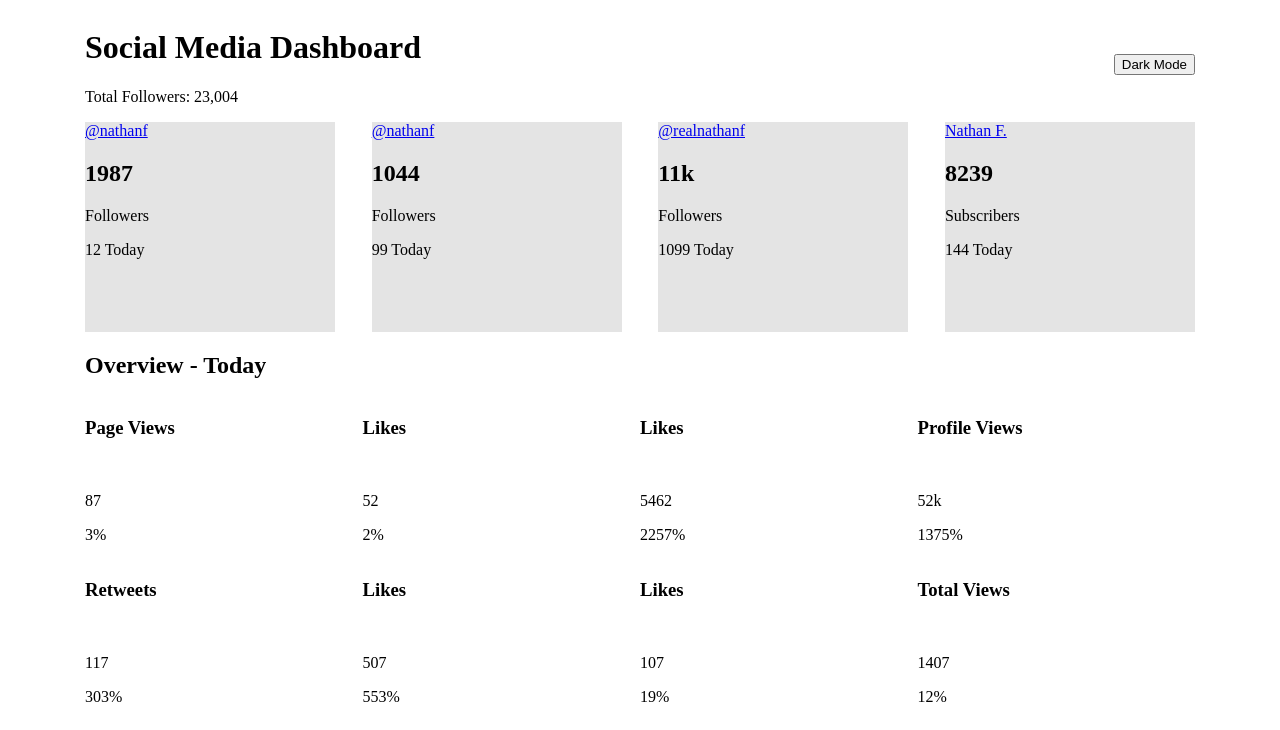
Repository: mamulini/social-media-dashboard-with-theme-switcher-master
Page: index.html
An editor plug-in stored every save of this project. The page is shown before and after the next save, followed by the edit.
The browser window is 1280 px wide. The pictures show the whole page.

Above is the page before, as saved 2020-04-06 12:43:29.

### index.html
<!DOCTYPE html>
<html lang="en">

<head>
  <meta charset="UTF-8">
  <meta name="viewport" content="width=device-width, initial-scale=1.0">
  <link rel="icon" type="image/png" sizes="32x32" href="./images/favicon-32x32.png">
  <link rel="stylesheet" href="./css/style.css">
  <title>Frontend Mentor | [Challenge Name Here]</title>
</head>

<body>
  <main class="dashboard container">
    <header class="header">
      <div class="title">
        <h1 class="title__name">Social Media Dashboard</h1>
        <p class="title__total">Total Followers: 23,004</p>
      </div>
      <button class="theme" type="button">Dark Mode</button>
    </header>
    <div class="followers_block">
      <div class="folowers">
        <a class="followers__link" href="#">@nathanf</a>
        <h2 class="followers__sum">1987</h2>
        <p class="followers__title">Followers</p>
        <p class="followers__today">12 Today</p>
      </div>
      <div class="folowers">
        <a class="followers__link" href="#">@nathanf
        </a>
        <h2 class="followers__sum">1044</h2>
        <p class="followers__title">Followers</p>
        <p class="followers__today">99 Today</p>
      </div>
      <div class="folowers">
        <a class="followers__link" href="#">@realnathanf


        </a>
        <h2 class="followers__sum">11k</h2>
        <p class="followers__title">Followers</p>
        <p class="followers__today">1099 Today</p>
      </div>
      <div class="folowers">
        <a class="followers__link" href="#">Nathan F.
        </a>
        <h2 class="followers__sum">8239</h2>
        <p class="followers__title">Subscribers</p>
        <p class="followers__today">144 Today</p>
      </div>

    </div>
    <div class="overview">
      <h2 class="overview__title">Overview - Today</h2>
    </div>
    <div class="likes_counter">
      <div class="likes">
        <h3 class="likes__title">Page Views</h3>
        <img src="" alt="" class="like__icon">
        <p class="likes__num">87</p>
        <p class="likes__procent">3%</p>
      </div>
      <div class="likes">
        <h3 class="likes__title">Likes</h3>
        <img src="" alt="" class="like__icon">
        <p class="likes__num">52</p>
        <p class="likes__procent">2%</p>
      </div>
      <div class="likes">
        <h3 class="likes__title">Likes</h3>
        <img src="" alt="" class="like__icon">
        <p class="likes__num">5462</p>
        <p class="likes__procent">2257%</p>
      </div>
      <div class="likes">
        <h3 class="likes__title">Profile Views</h3>
        <img src="" alt="" class="like__icon">
        <p class="likes__num">52k</p>
        <p class="likes__procent">1375%</p>
      </div>
      <div class="likes">
        <h3 class="likes__title">Retweets</h3>
        <img src="" alt="" class="like__icon">
        <p class="likes__num">117</p>
        <p class="likes__procent">303%</p>
      </div>
      <div class="likes">
        <h3 class="likes__title">Likes</h3>
        <img src="" alt="" class="like__icon">
        <p class="likes__num">507</p>
        <p class="likes__procent">553%</p>
      </div>
      <div class="likes">
        <h3 class="likes__title">Likes</h3>
        <img src="" alt="" class="like__icon">
        <p class="likes__num">107</p>
        <p class="likes__procent">19%</p>
      </div>
      <div class="likes">
        <h3 class="likes__title">Total Views</h3>
        <img src="" alt="" class="like__icon">
        <p class="likes__num">1407</p>
        <p class="likes__procent">12%</p>
      </div>
    </div>
  </main>
  <!-- <div class="attribution">
    Challenge by <a href="https://www.frontendmentor.io?ref=challenge" target="_blank">Frontend Mentor</a>.
    Coded by <a href="#">Your Name Here</a>.
  </div> -->
</body>

</html>

### css/style.css
.container{
    max-width: 1110px;
    margin: 0 auto;

}

.header{
    display: flex;
    justify-content: space-between;
    align-items: center;
}

.followers_block{
    display: flex;
    justify-content: space-between;
}

.folowers{
    width: 250px;
    height: 210px;
    background: #e4e4e4;
}

.likes_counter{
    display: flex;
    justify-content: space-between;
    flex-wrap: wrap;
}

.likes{
    flex: 0 0 25%
}






.attribution { font-size: 11px; text-align: center; }
.attribution a { color: hsl(228, 45%, 44%); }

After the next save:
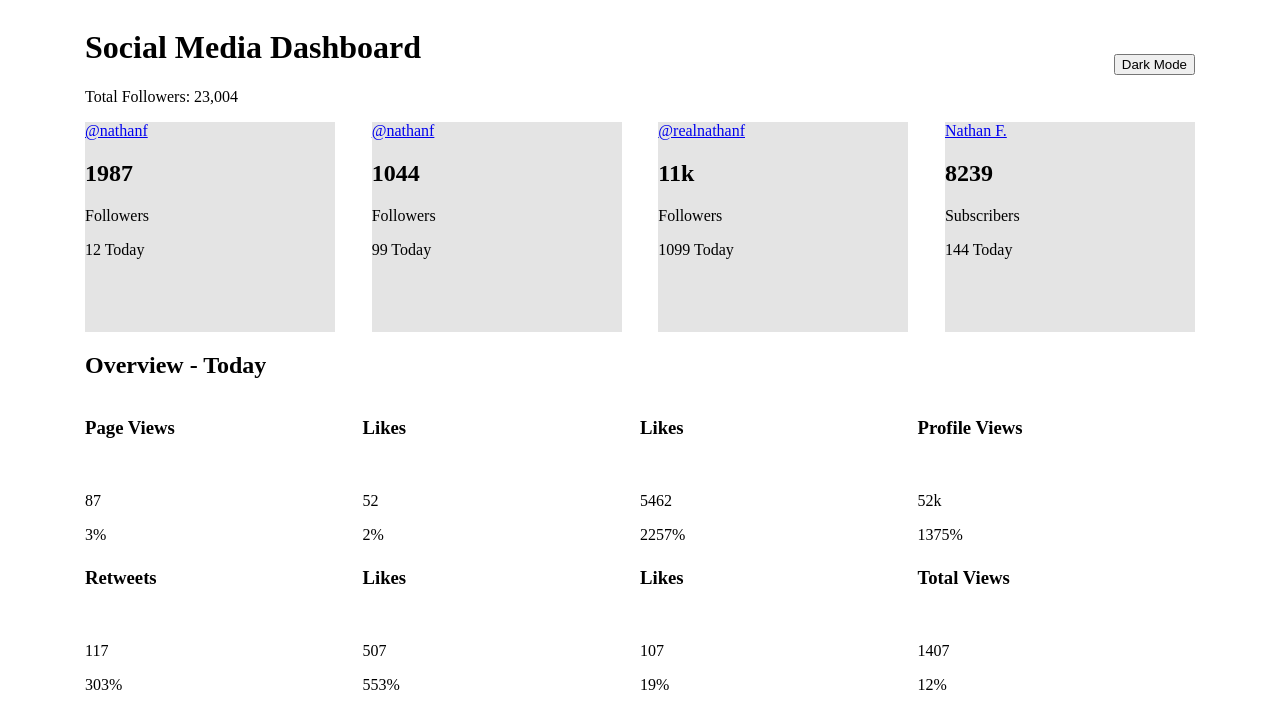
Saved 59 s later.
--- a/css/style.css
+++ b/css/style.css
@@ -28,7 +28,9 @@
 }
 
 .likes{
-    flex: 0 0 25%
+    flex: 0 0 25%;
+    width: 250px;
+    height: 150px;
 }
 
 
